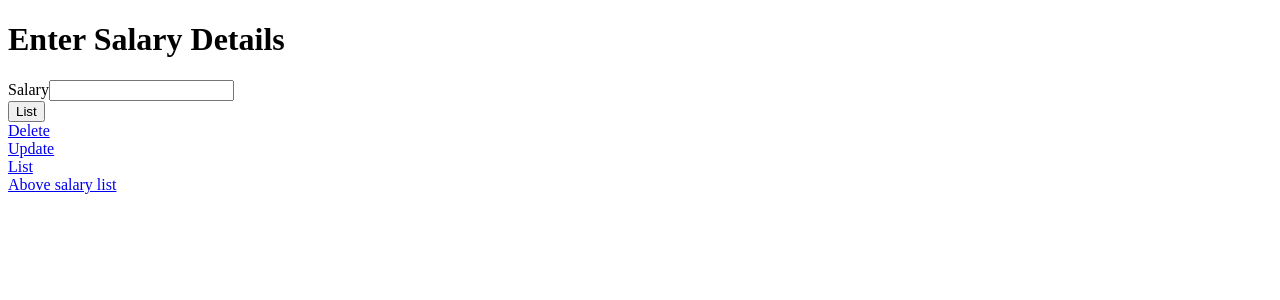
Repository: ramakrishnan1997/ram_javatraining
Page: crudemployeetest/CrudOperationEmp/src/main/webapp/salarylist.html
These files come from the project's save history. The page is drawn as it stood at one moment and after the next save; the edit follows.
The browser window is 1280 px wide. The pictures show the whole page.

Above is the page before, as saved 2022-06-13 09:17:22.

After the next save:
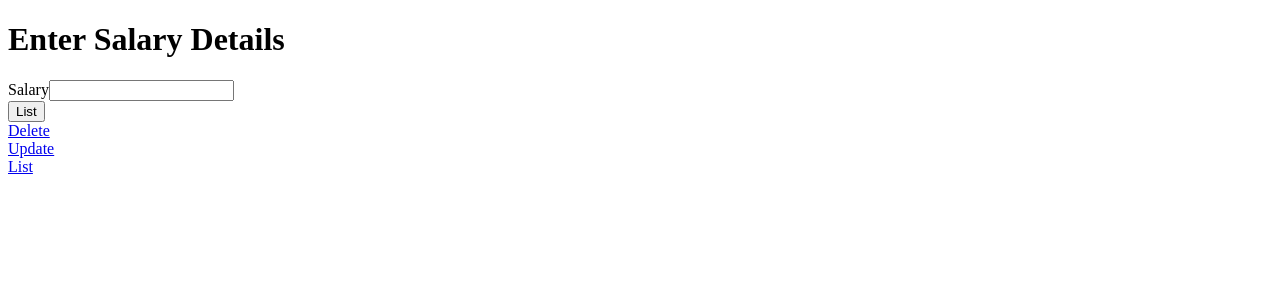
Saved 12 s later.
--- a/crudemployeetest/CrudOperationEmp/src/main/webapp/salarylist.html
+++ b/crudemployeetest/CrudOperationEmp/src/main/webapp/salarylist.html
@@ -13,6 +13,6 @@ Salary<input type="text" name="salary"></br>
 <a href="http://localhost:8080/CrudOperationEmp/delete.html">Delete</a></br>
 <a href="http://localhost:8080/CrudOperationEmp/updatehtml.html">Update</a></br>
 <a href="ListSservlet">List</a></br>
-<a href="http://localhost:8080/CrudOperationEmp/salarylist.html">Above salary list</a></br>
+
 </body>
 </html>
